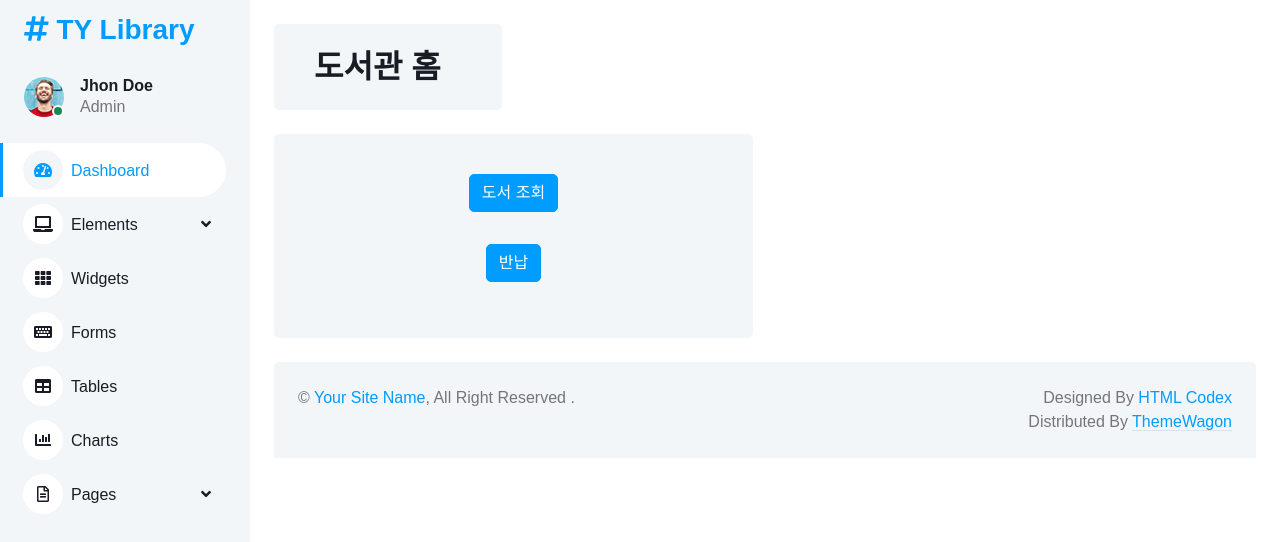
Repository: maryong2/myfirstgitproject
Page: http://localhost/library/WEB-INF/views/admin/librarian-home.jsp
The author's editor kept a copy of each file at every save. The page is drawn from the files as they stood at one save, then again after the next save.
The browser window is 1280 px wide. The pictures show the whole page.
Some web fonts or font styles are not loaded; a fallback is used. Some web libraries are served in a nearby version. The page is served by Tomcat 9. Nobody is signed in. The template is opened directly, without the code that normally fills it, so the values that code supplies are empty.

Above is the page before, as saved 2023-11-29 00:15:42.
Console error: TypeError: Cannot read properties of undefined (reading 'getContext')

After the next save:
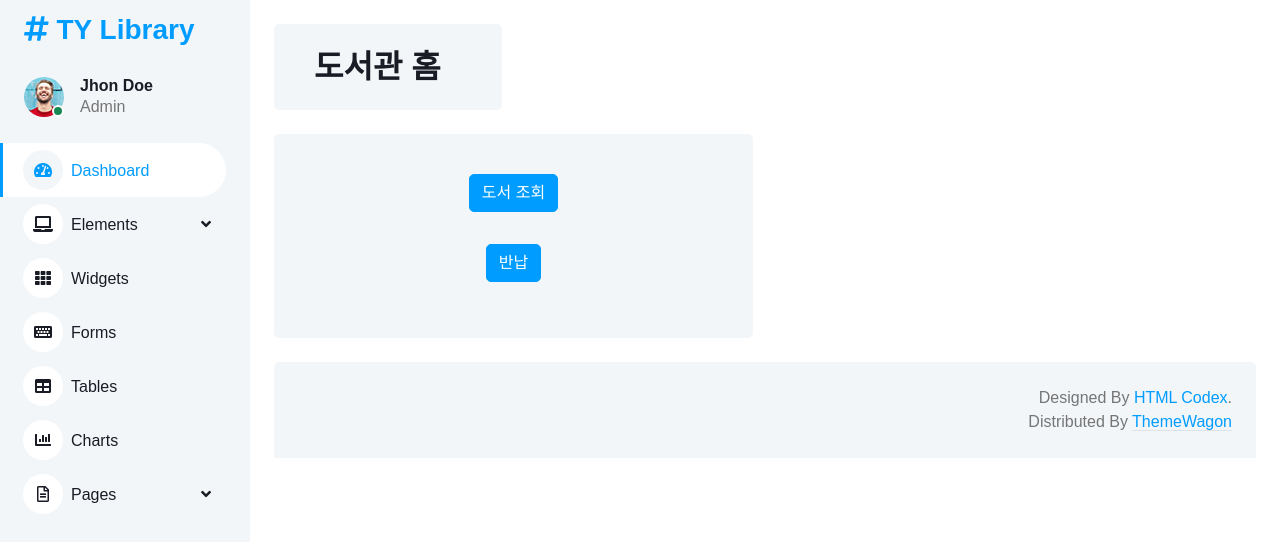
Saved 53 min 15 s later.
--- a/library/src/main/webapp/WEB-INF/views/admin/librarian-home.jsp
+++ b/library/src/main/webapp/WEB-INF/views/admin/librarian-home.jsp
@@ -188,12 +188,11 @@
 				<div class="bg-light rounded-top p-4">
 					<div class="row">
 						<div class="col-12 col-sm-6 text-center text-sm-start">
-							&copy; <a href="#">Your Site Name</a>, All Right Reserved <span
-								id="out">.</span>
+
 						</div>
 						<div class="col-12 col-sm-6 text-center text-sm-end">
 							<!--/*** This template is free as long as you keep the footer author’s credit link/attribution link/backlink. If you'd like to use the template without the footer author’s credit link/attribution link/backlink, you can purchase the Credit Removal License from "https://htmlcodex.com/credit-removal". Thank you for your support. ***/-->
-							Designed By <a href="https://htmlcodex.com">HTML Codex</a> </br>
+							Designed By <a href="https://htmlcodex.com">HTML Codex</a><span id="out">.</span> </br>
 							Distributed By <a class="border-bottom"
 								href="https://themewagon.com" target="_blank">ThemeWagon</a>
 						</div>
